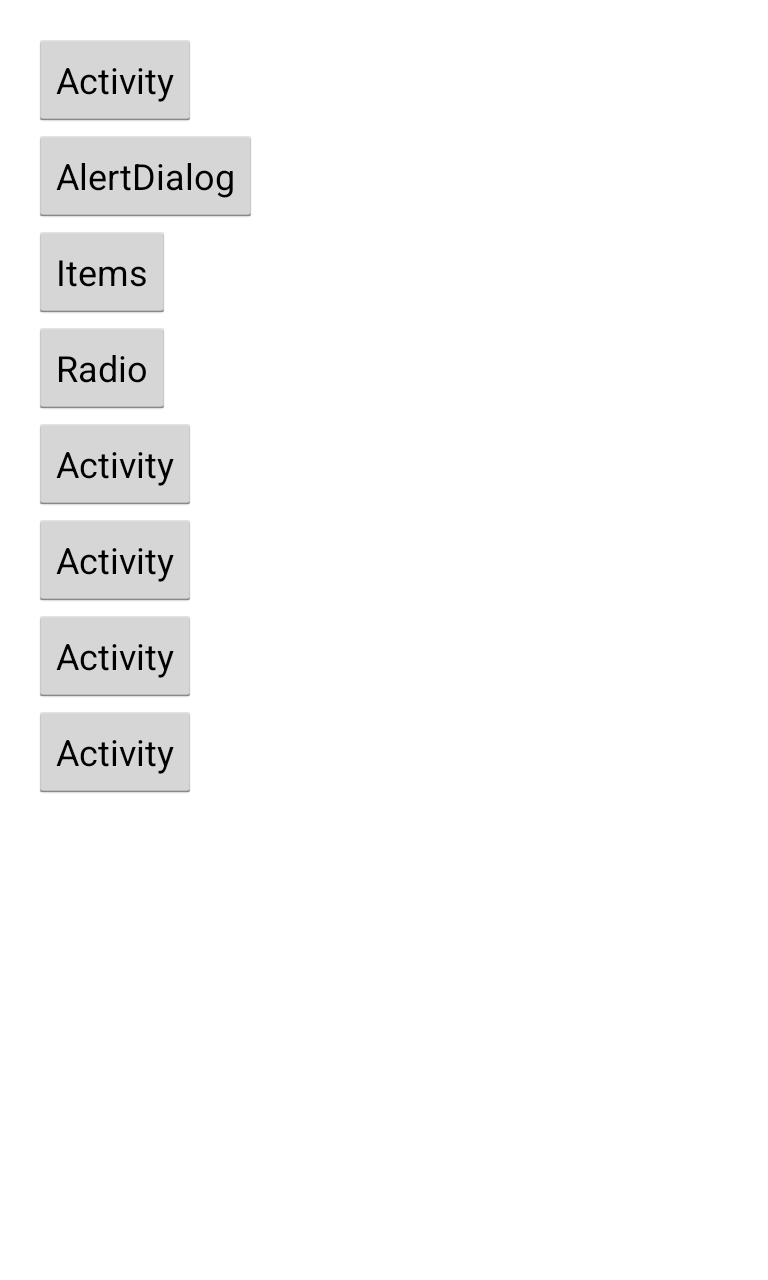
Repository: felipemfp/android-workspace
Layout: Aula05/res/layout/activity_main.xml
These files come from the project's save history. The layout is drawn as it stood at one moment and after the next save; the edit follows.
It is drawn on a 768 x 1280 px phone screen (xhdpi) without system bars, with theme AppTheme; the app's code is not run.

Above is the layout before, as saved 2015-12-15 11:54:29.

After the next save:
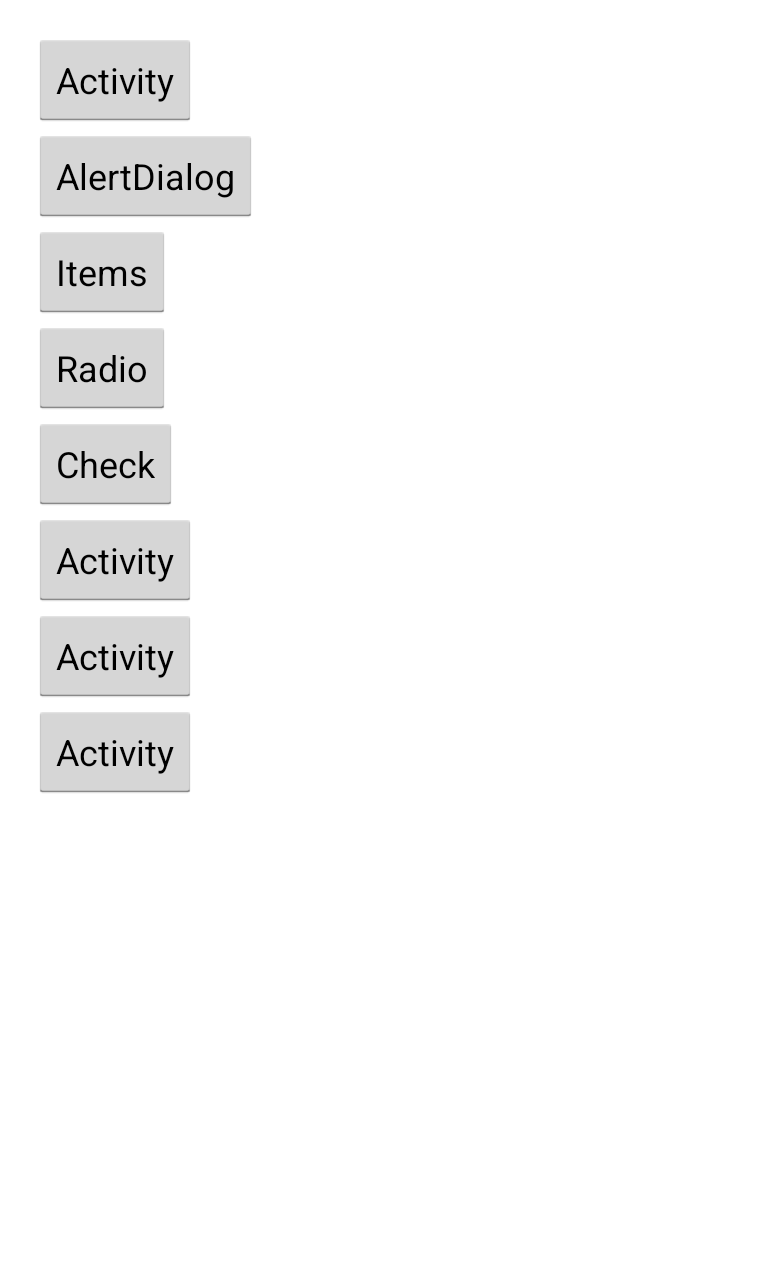
Saved 5 s later.
--- a/Aula05/res/layout/activity_main.xml
+++ b/Aula05/res/layout/activity_main.xml
@@ -38,7 +38,7 @@
    	<Button
    	    android:layout_width="wrap_content"
    	    android:layout_height="wrap_content"
-   	    android:text="Activity"
+   	    android:text="Check"
    	   	android:id="@+id/btnDialog4"/>
 
    	<Button
